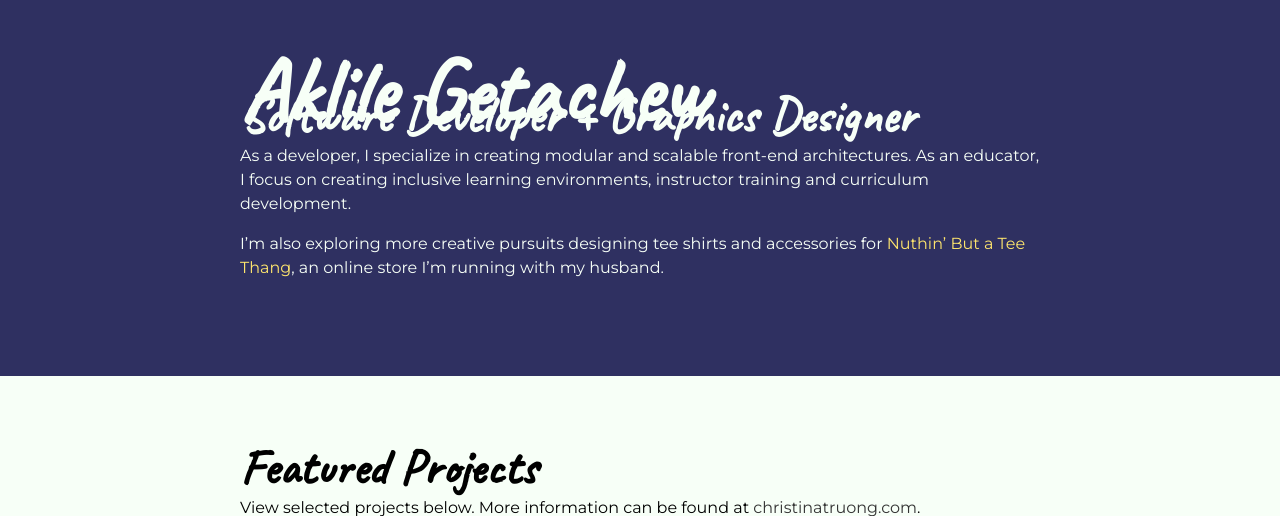
Repository: Aklilegetachew/my-Portfolio
Page: index.html
An editor plug-in stored every save of this project. The page is shown before and after the next save, followed by the edit.
The browser window is 1280 px wide. The pictures show the part of the page from y = 0 to 516 px (the page is 4009 px tall before and 4075 px after).
A picture or video elsewhere on the page could not be fetched, so the positions and the page height are approximate.

Above is the page before, as saved 2021-11-23 15:06:26.

### index.html
<!DOCTYPE html>
<html lang="en">
  <head>
    <meta charset="UTF-8">
    <meta name="viewport" content="width=device-width, initial-scale=1.0">
    <title>Aklile Getachew, Software Engineer</title>
     <link href="https://fonts.googleapis.com/css?family=Caveat|Montserrat:400,600&display=swap" rel="stylesheet">
    <link rel="stylesheet" href="css/styles.css">
  </head>
  <body>
    <main>
      <!-- ***********************  ABOUT / PROFILE  *********************** -->
      <header>
        <div class="content-wrap">
          <h1>Aklile Getachew</h1>
          <h2>Software Developer + Graphics Designer</h2>

          <p>As a developer, I specialize in creating modular and scalable front-end architectures. As an educator, I focus on creating inclusive learning environments, instructor training and curriculum development.</p>
          <p>I’m also exploring more creative pursuits designing tee shirts and accessories for <a href="http://teethang.com" target="_blank">Nuthin’ But a Tee Thang</a>, an online store I’m running with my husband.</p>
        </div>
      </header>

      <!-- ********************  PROJECTS / PORTFOLIO  ********************* -->
      <section class="projects">
        <div class="content-wrap divider">
          <h2>Featured Projects</h2>
          <p>View selected projects below. More information can be found at <a href="http://christinatruong.com">christinatruong.com</a>.</p>

          <!-- Project 1 -->
          <section class="project-item">
            <img src="images/project-courses.jpg" alt="course thumbnail">
            <h3>Lynda / LinkedIn Learning Courses</h3>
            <p>Developed content and instruction for various CSS and front-end focused web development courses including CSS Essential Training, Getting Your Website Online, Design Systems & Architectures and more.</p>
            <a class="btn" href="https://www.linkedin.com/learning/instructors/christina-truong?u=2125562" target="_blank">LinkedIn Learning</a>
            <a class="btn" href="https://www.lynda.com/Christina-Truong/7842227-1.html">Lynda.com</a>
          </section>

          <!-- Project 2 -->
          <section class="project-item">
            <img src="images/project-women-tech.jpg" alt="website thumbnail">
            <h3>Women&&Tech</h3>
            <p>Women&&Tech was launched in 2012 to feature interviews with different women working in the tech industry. I became familiar with them when I was invited to be one of the interviewees! A few years later, I joined the team and helped with the relaunch of the site as the front-end architect.</p>
            <a class="btn" href="http://christinatruong.com/projects/women-and-tech-redesign.html" target="_blank">View the case study</a>
          </section>

          <!-- Project 3 -->
          <section class="project-item">
            <img src="images/project-wire-ipsum.jpg" alt="website thumbnail">
            <h3>The Wire Ipsum</h3>
            <p>After coming back from teaching a JavaScript workshop, I felt inspired to create something just for fun. I realized that of all the content/lorem ipsum generators available, there was nothing for HBO’s The Wire fans. I searched for <a href="http://thewireipsum.com" target="_blank">thewireipsum.com</a> domain and it was available! Generate some content for your projects today.</p>
            <a class="btn" href="http://thewireipsum.com" target="_blank">View live site</a>
          </section>
        </div>
      </section>

      <!-- ***********************  WORK EXPERIENCE  *********************** -->
      <section class="work-experience">
        <div class="content-wrap divider">
          <h2>Work Experience</h2>
          <p>See my complete work history on <a href="https://www.linkedin.com/in/christinatruong/">LinkedIn</a>.</p>

          <!-- Job 1 -->
          <section class="job-item">
            <div class="job-details">
              <h3>Front-end Developer & Educator</h3>
              <p>Freelance</p>
              <p>January 2012-Present</p>
            </div>
            <div class="job-summary">
              <p>Provides various front-end related services ranging from development work, speaking engagements, instructor training, workshops, and curriculum development. See more at  <a href="http://christinatruong.com">christinatruong.com</a>.</p>
            </div>
          </section>

          <!-- Job 2 -->
          <section class="job-item">
            <div class="job-details">
              <h3>Director of Curriculum</h3>
              <p>Ladies Learning Code</p>
              <p>July 2014 - February 2016</p>
            </div>
            <div class="job-summary">
              <p>Managed all curriculum for the adult programs. Created teaching materials and implemented instructor training across 20+ Canadian chapters.</p>
              <p>Key contributions:</p>
              <ul>
                <li>Overhauled the curriculum and standardized the content and delivery.
                  <ul>
                    <li>Created 9 new workshops focusing on HTML, CSS, JavaScript, jQuery, Wordpress and Responsive Web Design.</li>
                    <li>Created all Hackapalooza content (2 day conference style event) consisting of 2-4 hour workshop sessions.</li>
                    <li>Created interactive slide deck template for consistent national workshop branding.</li>
                    <li>Developed the Digital Skills part-time program curriculum.</li>
                  </ul>
                </li>
                <li>Provided training for all instructors focusing on creating an inclusive and engaging learning environment.</li>
                <li>Maintained the ladieslearningcode.com website.</li>
                <li>Volunteer lead instructor from 2011-2014 for Toronto workshops and several chapter launches.</li>
              </ul>
            </div>
          </section>

          <!-- Job 3 -->
          <section class="job-item">
            <div class="job-details">
              <h3>Lead Front-End Developer</h3>
              <p>Field iD</p>
              <p>March 2013 - February 2014</p>
            </div>
            <div class="job-details">
              <p>Lead the front-end development for the in-house safety inspection software.</p>
              <p>Key contributions:</p>
              <ul>
                <li>Responsible for setting code standards for the front-end development.</li>
                <li>Created a fully customized front-end framework, including the UI/UX design.</li>
                <li>Standardized the site architecture and design.</li>
              </ul>
            </div>
          </section>
        </div>
      </section>

      <!-- ******************  EDUCATION & CERTIFICATIONS ****************** -->
      <section class="education item-details">
        <div class="content-wrap">
          <h2>Education</h2>

          <section>
            <h3>Seneca College - Toronto, ON</h3>
            <p>Webmaster Content Site Design Certificate, 2006</p>
            <p>14 week full-time program covering HTML, CSS, Flash, Photoshop, PHP and JavaScript.</p>
          </section>

          <section>
            <h3>York University - Toronto, ON</h3>
            <p>Bachelor of Arts with Honours, 2001-2005</p>
            <p>Double Major in Communications & Psychology.</p>
          </section>

          <section>
            <h3>San Jose State University - San Jose, CA</h3>
            <p>General Studies, 2000</p>
          </section>
        </div>
      </section>

      <!-- *****************  CONTACT INFO / SOCIAL MEDIA  ***************** -->
      <footer>
        <div class="content-wrap">
          <h2>Let's Keep in Touch!</h2>

          <!-- Social media and contact links. Add or remove any networks. -->
          <ul class="contact-list">
            <li><a href="mailto:email@example.com">email@example.com</a></li>
            <li><a href="http://christinatruong.com" target="_blank">christinatruong.com</a></li>
            <li><a href="http://twitter.com/christinatruong" target="_blank">Twitter</a></li>
            <li><a href="#" target="_blank">LinkedIn</a></li>
          </ul>
        </div>
      </footer>
    </main>
  </body>
</html>

### css/styles.css
/*
COLOR PALETTE
https://coolors.co/f7fff7-343434-2f3061-ffe66d-a1c6d7
#F7FFF7 - almost white
#343434 - dark gray - almost black
#2F3061 - blue dark
#FFE66D - yellow
#A1C6D7 - blue light
*/

/* global
======================================================*/
img{
    width: 300px;
}
a{
    color: #FFE66D ;
    text-decoration: none;
}
body{
    margin: 0;
    padding: 0;
    font-family: 'Montserrat', sans-serif;
    line-height: 1.5em;
}
h1{
    font-size: 90px;
    margin: 0;
}
h2{
    margin: 0;
    font-size: 50px;
}
h1, h2 {
    font-family: 'Caveat', cursive;
}
.content-wrap{
    width: 800px;
    margin: 0 auto;
    padding: 80px 0;
}

/* Heading
======================================================*/
header{
    background-color: #2F3061 ;
    color: #F7FFF7;
}



/* projects
======================================================*/

.projects{
    background-color: #F7FFF7 ;

}

.projects a{
    color: #343434 ;

}
.projects .btn{
    color: #F7FFF7;
    background-color: #2F3061;
    text-decoration: none;
    padding: 8px;
    border-radius: 4px;
    display: inline-block;
}

/* Work experiance
=======================================================*/
.work-experience{
    background-color: #A1C6D7;

}

/* footer
=======================================================*/
footer{
    background-color: #343434 ;
    color: #F7FFF7;
}

After the next save:
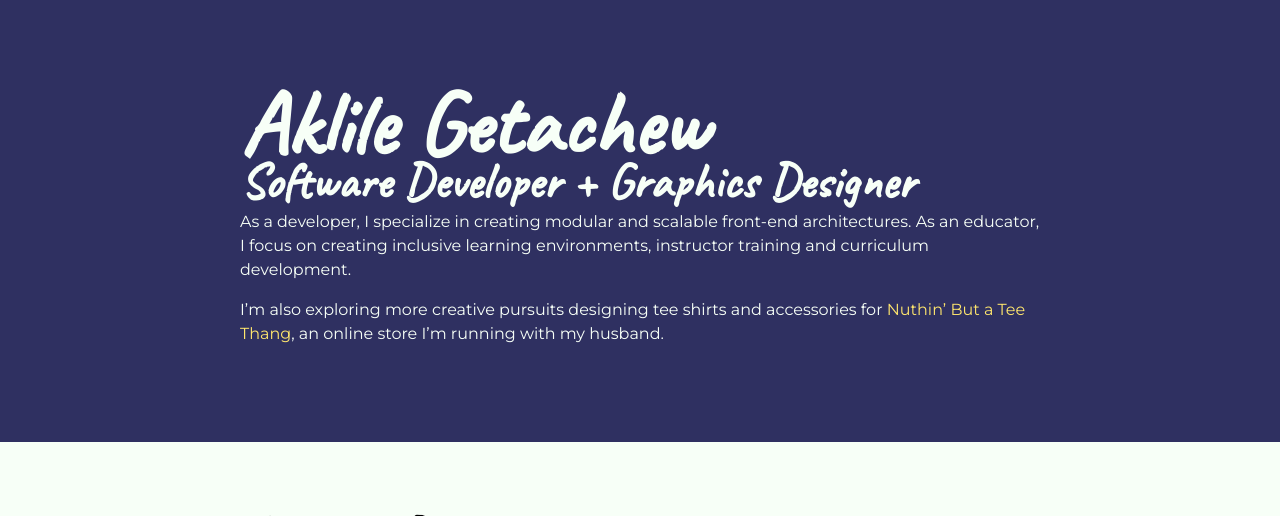
Saved 87 s later.
--- a/css/styles.css
+++ b/css/styles.css
@@ -26,6 +26,7 @@
 h1{
     font-size: 90px;
     margin: 0;
+    line-height: 1em;
 }
 h2{
     margin: 0;
